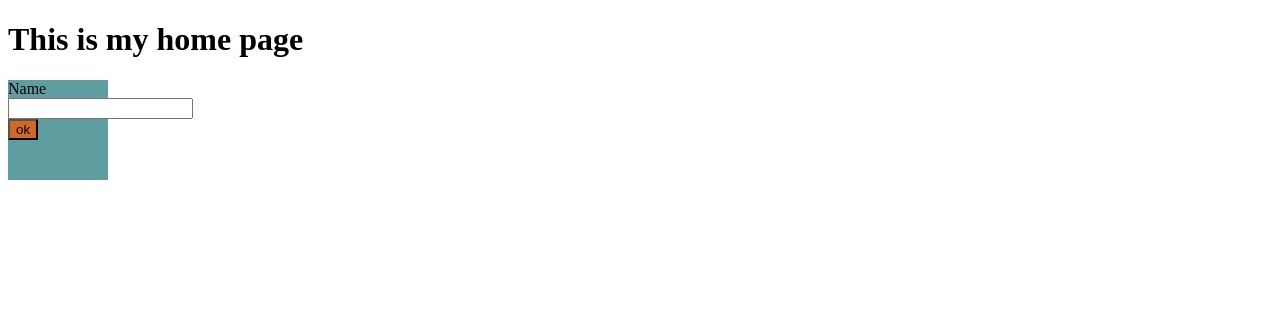
Repository: gautamsonam011/CMS
Page: http://localhost/home/
An editor plug-in stored every save of this project. The page is shown before and after the next save, followed by the edit.
The browser window is 1280 px wide. The pictures show the whole page.
The page is served by the project's application, run on Django 5.2 (manage.py). Other server files are loaded and not shown.

Above is the page before, as saved 2025-09-06 11:54:07.

### templates/home.html
<!DOCTYPE html>
<html lang="en">
<head>
    <meta charset="UTF-8">
    <meta name="viewport" content="width=device-width, initial-scale=1.0">
    <title>Home Page</title>
    <!-- internal css
    external css
    inline css -->
    <style>
        form{
            width:100px;
            height: 100px;
            background-color: cadetblue;
        }
    </style>
</head>
<body>
    <h1>This is my home page</h1>
    <form action="" method="get">
        <label for="name" >Name</label>
        <input id="name" name="name" type="text">
        <input type="submit" value="ok" style="background-color: chocolate;">
    </form>
</body>
</html>

### CMS/views.py
# Here write your logical code
# This is a business logic layer
from django.http import HttpResponse
from django.shortcuts import render

def client_request_response(request):
    return HttpResponse("<h1>Hello Django Project</h1>")

def request_add_two_numbers(request):
    return HttpResponse("<h1>Add two numbers and sum = 78 </h1>")

def request_message(request):
    return HttpResponse("<h1>'Message type content' refers to either the actual data or text within a message (the content of the message) or, in a technical context, the definition of the structure and type of data a message can hold, such as MIME message types, SAP message types, or message types in programming languages like Java. The specific meaning depends on whether you're talking about the message's substance or its programmatic definition and structure. </h1>")

def my_first_template(request):
    return render(request, 'firstfile.html')

def my_home_page(request):
    return render(request, 'home.html')

### CMS/urls.py

from django.contrib import admin
from django.urls import path
from . import views

urlpatterns = [
    path('admin/', admin.site.urls),
    path("client/", views.client_request_response),
    path("add/", views.request_add_two_numbers),
    path('message/', views.request_message),
    path('first/', views.my_first_template),
    path('home/', views.my_home_page),
]

After the next save:
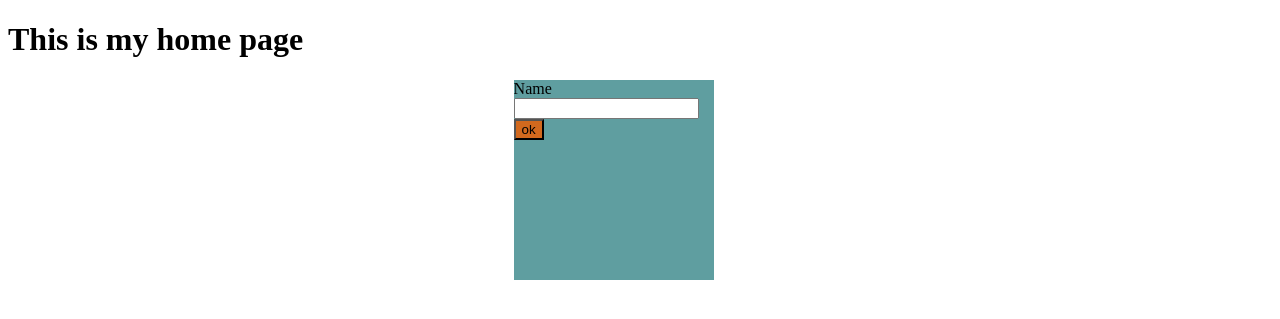
Saved 29 s later.
--- a/templates/home.html
+++ b/templates/home.html
@@ -9,9 +9,10 @@
     inline css -->
     <style>
         form{
-            width:100px;
-            height: 100px;
+            width:200px;
+            height: 200px;
             background-color: cadetblue;
+            margin-left: 40%;
         }
     </style>
 </head>
